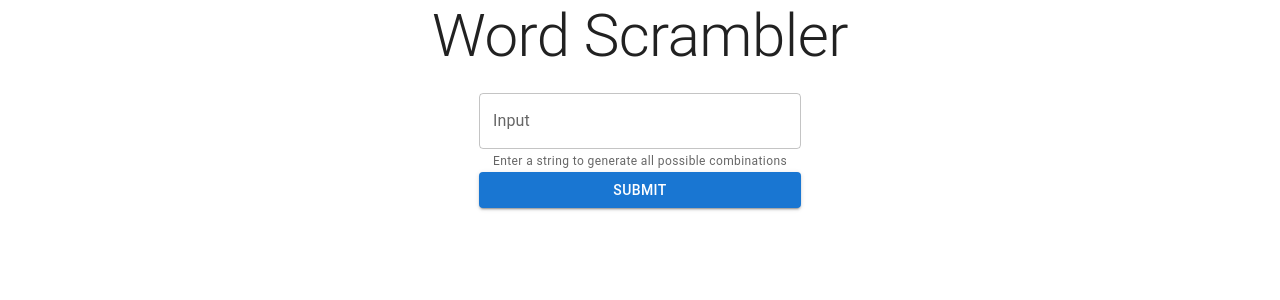
Repository: zfranke/WordScramble-Web
Page: / (app in wordscrambler-web/)
An editor plug-in stored every save of this project. The page is shown before and after the next save, followed by the edit.
The browser window is 1280 px wide. The pictures show the whole page.
The project was rebuilt for these pictures with package versions that can differ from the ones it lists, and the page was loaded fresh each time.

Above is the page before, as saved 2022-12-27 12:05:28.

### wordscrambler-web/src/App.js
import React, { useState } from 'react';
import nlp from 'compromise';
import { Button, FormControl, FormHelperText, Input, List, ListItem, TextField, Grid, Typography } from '@mui/material';

function App() {
  const [input, setInput] = useState('');
  const [combinations, setCombinations] = useState([]);

  function handleChange(event) {
    setInput(event.target.value);
  }

  function handleSubmit(event) {
    event.preventDefault();
    const combinations = getCombinations(input);
    const sortedCombinations = combinations.sort((a, b) => {
      const aScore = nlp(a).sentences().toNegative().sentences().out('text');
      const bScore = nlp(b).sentences().toNegative().sentences().out('text');
      return aScore.length - bScore.length;
    });
    setCombinations(sortedCombinations);
  }

  function getCombinations(str) {
    const results = [];
    if (str.length === 1) {
      results.push(str);
      return results;
    }
    for (let i = 0; i < str.length; i++) {
      const firstChar = str[i];
      const charsLeft = str.substring(0, i) + str.substring(i + 1);
      const innerPermutations = getCombinations(charsLeft);
      for (let j = 0; j < innerPermutations.length; j++) {
        results.push(firstChar + innerPermutations[j]);
      }
    }
    return results;
  }

  return (
    //Create a centered input form with a output grid
    <>


    <Grid container justifyContent="center" alignItems="center" direction="column">

      <Typography color="textPrimary" variant="h2" component="h2" gutterBottom>
        Word Scrambler
      </Typography>
      <form onSubmit={handleSubmit}>
        <FormControl>
          <TextField
            id="input"
            label="Input"
            value={input}
            onChange={handleChange}
            helperText="Enter a string to generate all possible combinations"
          />
          <Button type="submit" variant="contained">Submit</Button>
        </FormControl>
      </form>
      <Grid container justifyContent="center" alignItems="center" direction="column">
        <List>
          {combinations.map((combination, index) => (
            <ListItem key={index}>{combination}</ListItem>
          ))}
        </List>
      </Grid>
    </Grid>
    </>


  );
}

export default App;

Loaded but not shown: wordscrambler-web/public/index.html (common file); wordscrambler-web/src/index.js (common file); wordscrambler-web/src/index.css (common file)

After the next save:
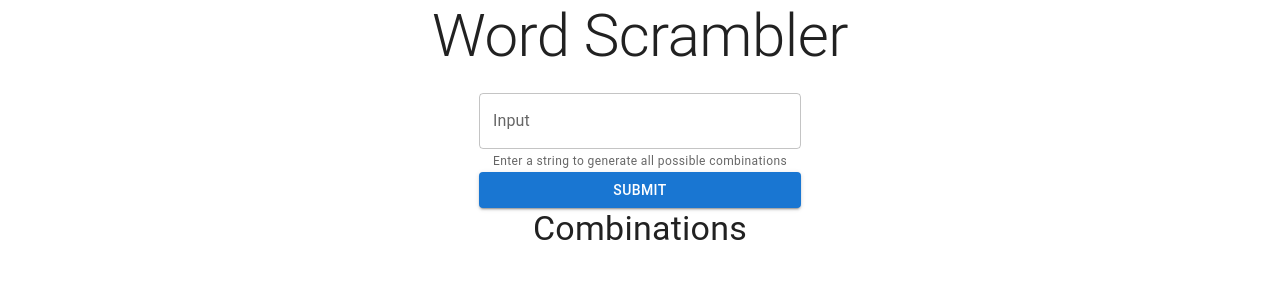
Saved 88 s later.
--- a/wordscrambler-web/src/App.js
+++ b/wordscrambler-web/src/App.js
@@ -12,30 +12,28 @@ function App() {
 
   function handleSubmit(event) {
     event.preventDefault();
-    const combinations = getCombinations(input);
-    const sortedCombinations = combinations.sort((a, b) => {
-      const aScore = nlp(a).sentences().toNegative().sentences().out('text');
-      const bScore = nlp(b).sentences().toNegative().sentences().out('text');
-      return aScore.length - bScore.length;
+    const newCombinations = getCombinations(input);
+    newCombinations.sort((a, b) => {
+      const aLikelihood = nlp.text(a).values().length;
+      const bLikelihood = nlp.text(b).values().length;
+      return bLikelihood - aLikelihood;
     });
-    setCombinations(sortedCombinations);
+    setCombinations(newCombinations);
   }
 
   function getCombinations(str) {
-    const results = [];
-    if (str.length === 1) {
-      results.push(str);
-      return results;
-    }
-    for (let i = 0; i < str.length; i++) {
-      const firstChar = str[i];
-      const charsLeft = str.substring(0, i) + str.substring(i + 1);
-      const innerPermutations = getCombinations(charsLeft);
-      for (let j = 0; j < innerPermutations.length; j++) {
-        results.push(firstChar + innerPermutations[j]);
+    const combinations = [];
+
+    function helper(combination, index) {
+      combinations.push(combination);
+      for (let i = index; i < str.length; i++) {
+        helper(combination + str[i], i + 1);
       }
     }
-    return results;
+
+    helper('', 0);
+
+    return combinations;
   }
 
   return (
@@ -61,6 +59,9 @@ function App() {
         </FormControl>
       </form>
       <Grid container justifyContent="center" alignItems="center" direction="column">
+        <Typography color="textPrimary" variant="h4" component="h4" gutterBottom>
+          Combinations
+        </Typography>
         <List>
           {combinations.map((combination, index) => (
             <ListItem key={index}>{combination}</ListItem>
